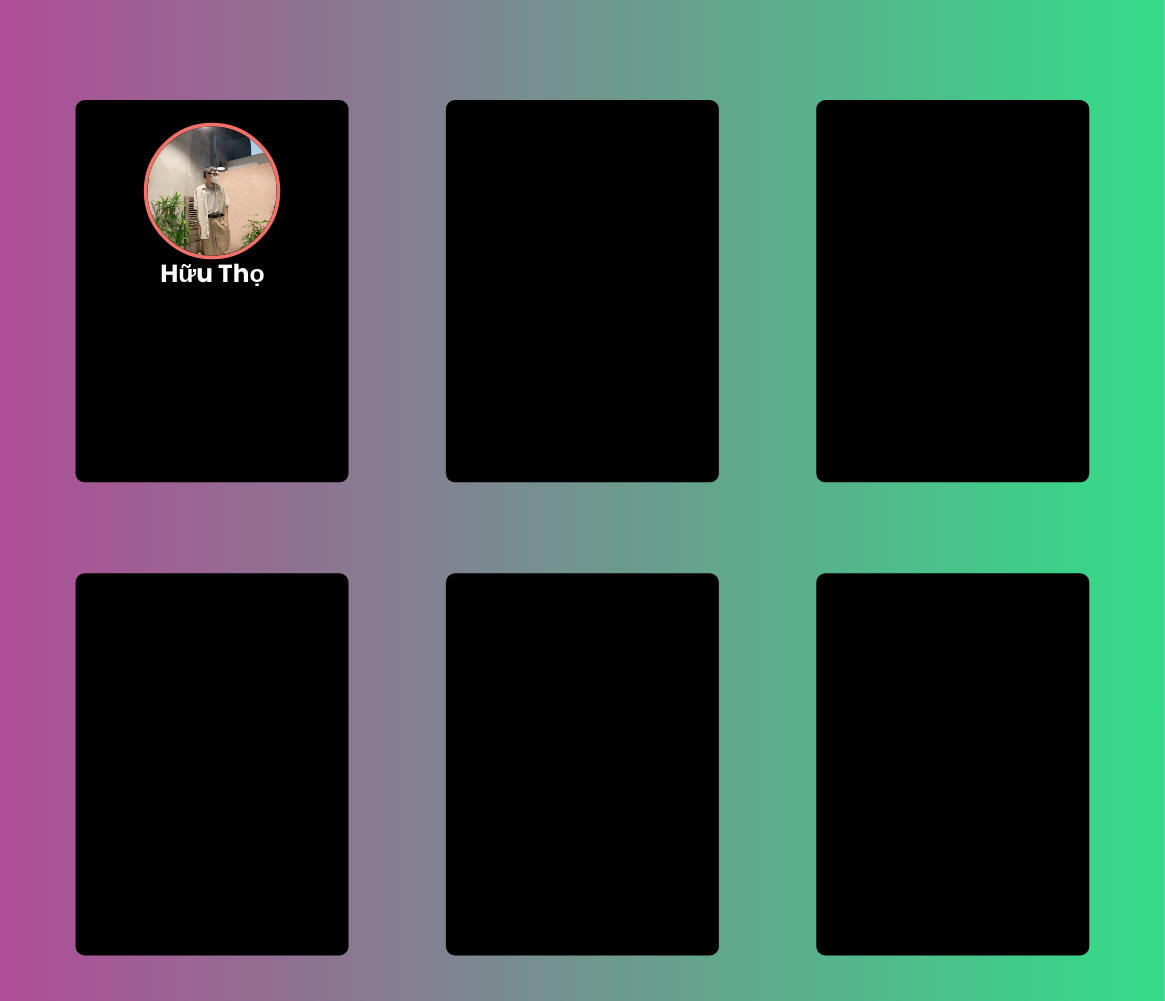
Repository: lausamtuong/profileCard
Page: index.html
An editor plug-in stored every save of this project. The page is shown before and after the next save, followed by the edit.
The browser window is 1280 px wide. The pictures show the whole page, at 91% of full size.
The style sheet was rebuilt from its Sass, Less or Tailwind sources for each picture, by a compiler version that may differ from the author's.

Above is the page before, as saved 2021-12-14 15:25:52.

After the next save:
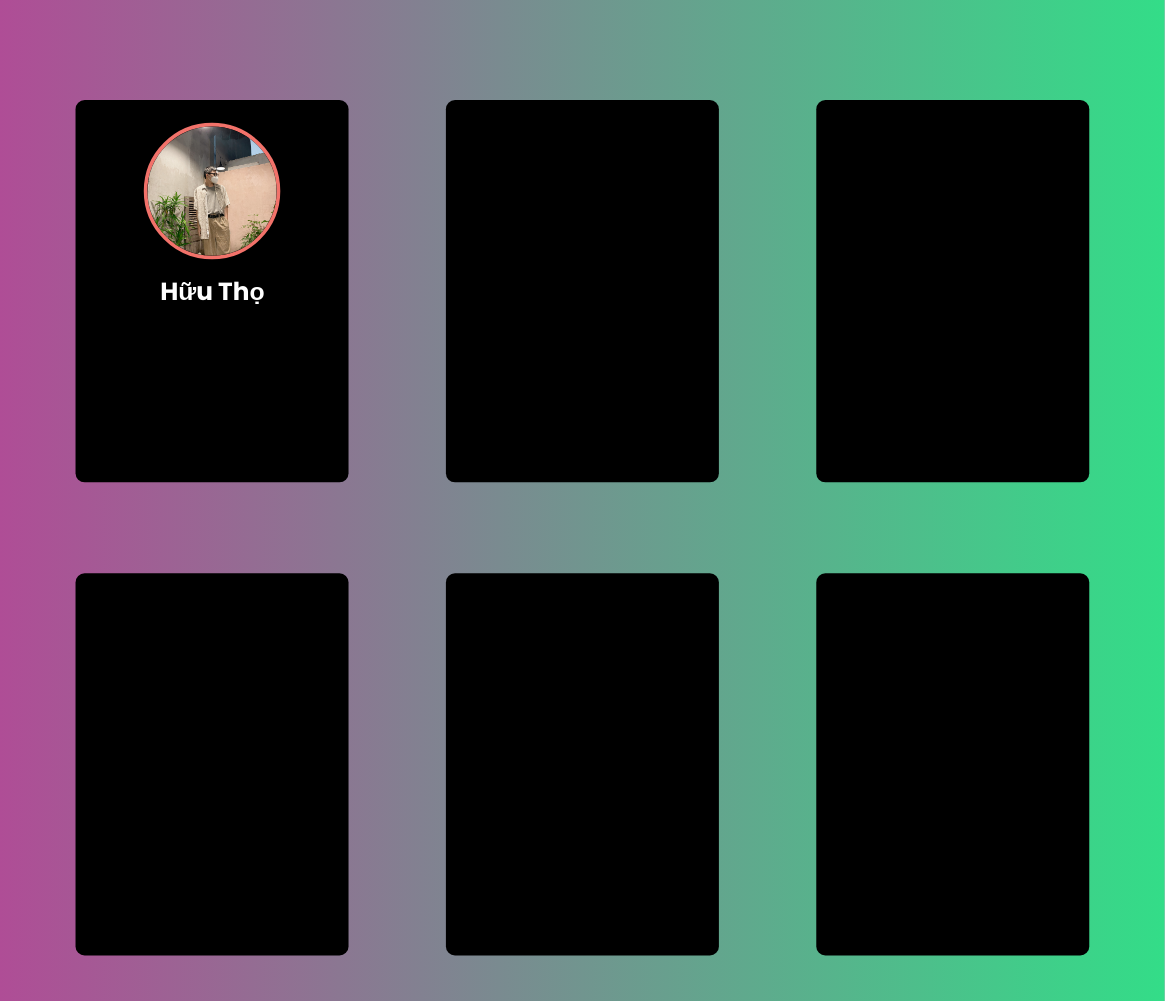
Saved 8 s later.
--- a/style.scss
+++ b/style.scss
@@ -51,7 +51,7 @@ body{
           font-weight: 700;
           font-size: 1.7rem;
           text-align: center;
-          margin-top: 20px;
+          margin-top: 40px;
       }
     }
 img{
